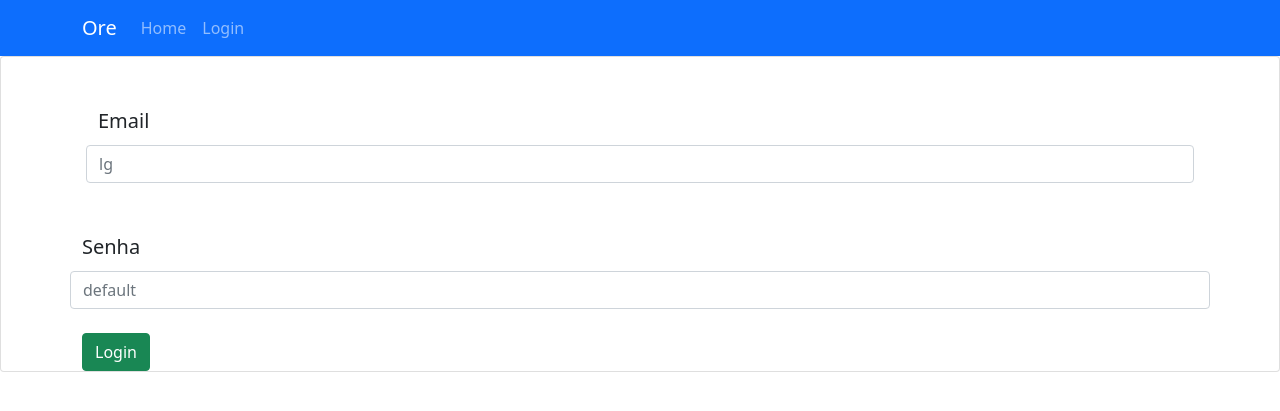
Repository: thf4/React-Front
Page: /login
The author's editor kept a copy of each file at every save. The page is drawn from the files as they stood at one save, then again after the next save.
The browser window is 1280 px wide. The pictures show the whole page.
The project was rebuilt for these pictures with package versions that can differ from the ones it lists, and the page was loaded fresh each time. Also part of the build but not shown: src/config/index.js, src/pages/Home/index.js, src/pages/Vizualizar/index.js, src/config/cadastrar.js, src/pages/Cadastrar/index.js, src/pages/Editar/index.js, src/pages/HomePage/index.js.

Above is the page before, as saved 2021-05-07 16:16:30.

After the next save:
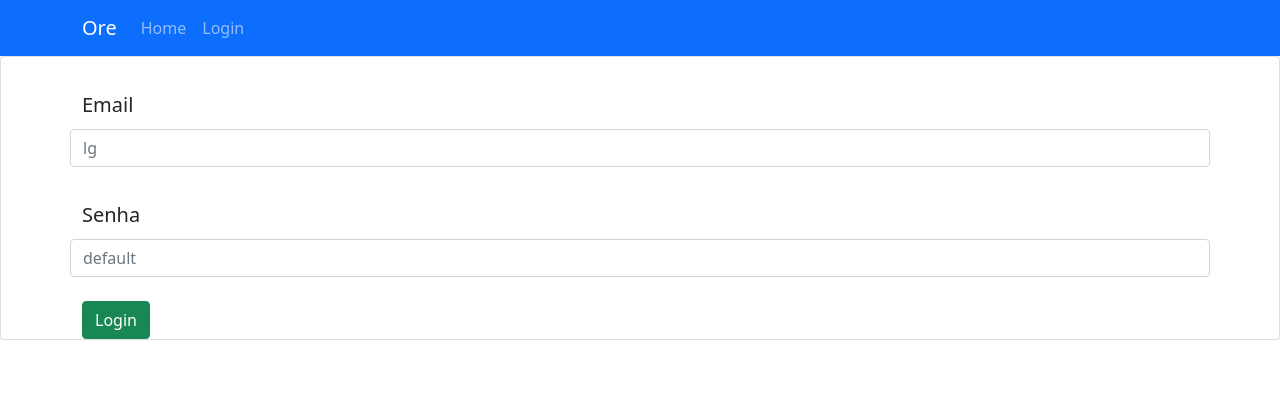
Saved 9 s later.
--- a/src/pages/Login/index.js
+++ b/src/pages/Login/index.js
@@ -5,7 +5,7 @@ export const Login = (props) => {
 
       <Form className="card">
         <Container>
-        <FormGroup row className="card-body mt-4 sm-4">
+        <FormGroup row className="mt-4 sm-4">
           <Label for="email"  size="lg">
             Email
           </Label>
